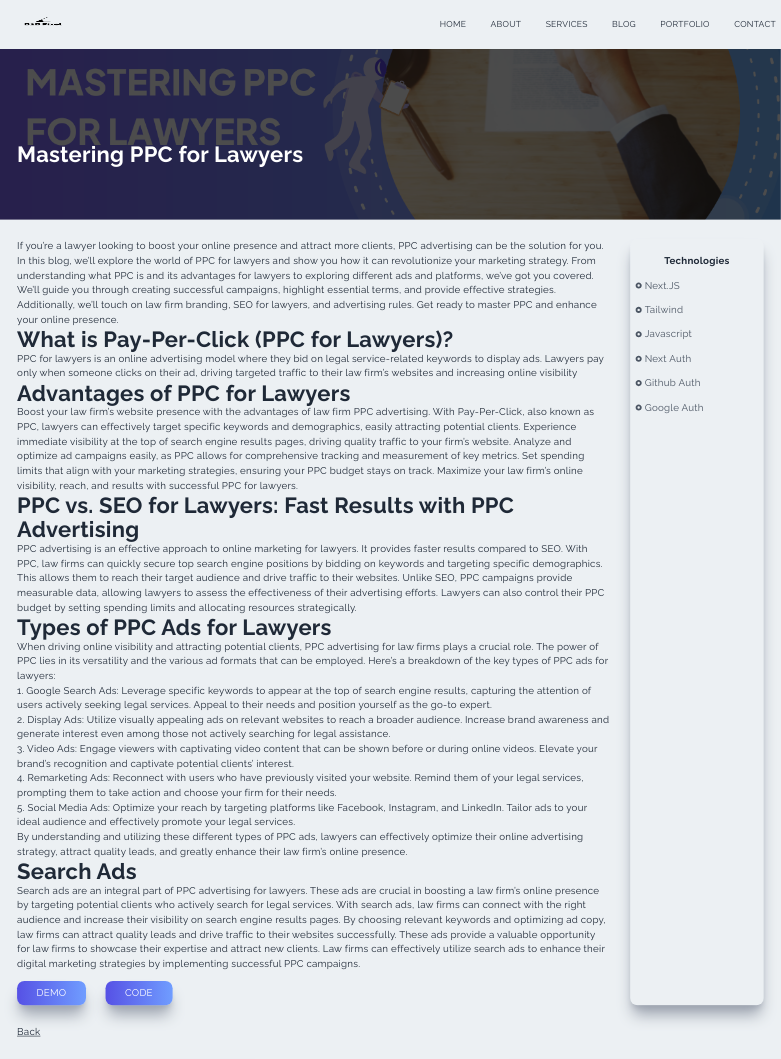
Repository: DID0101/nextjs.b2b
Page: /twitch
The author's editor kept a copy of each file at every save. The page is drawn from the files as they stood at one save, then again after the next save.
The browser window is 1280 px wide. The pictures show the whole page, at 61% of full size.
The project was rebuilt for these pictures with package versions that can differ from the ones it lists, and the page was loaded fresh each time. The framework's server and built-in components were replaced by stand-ins that run in the browser. Also part of the build but not shown: next.config.js.

Above is the page before, as saved 2024-01-22 04:18:18.

After the next save:
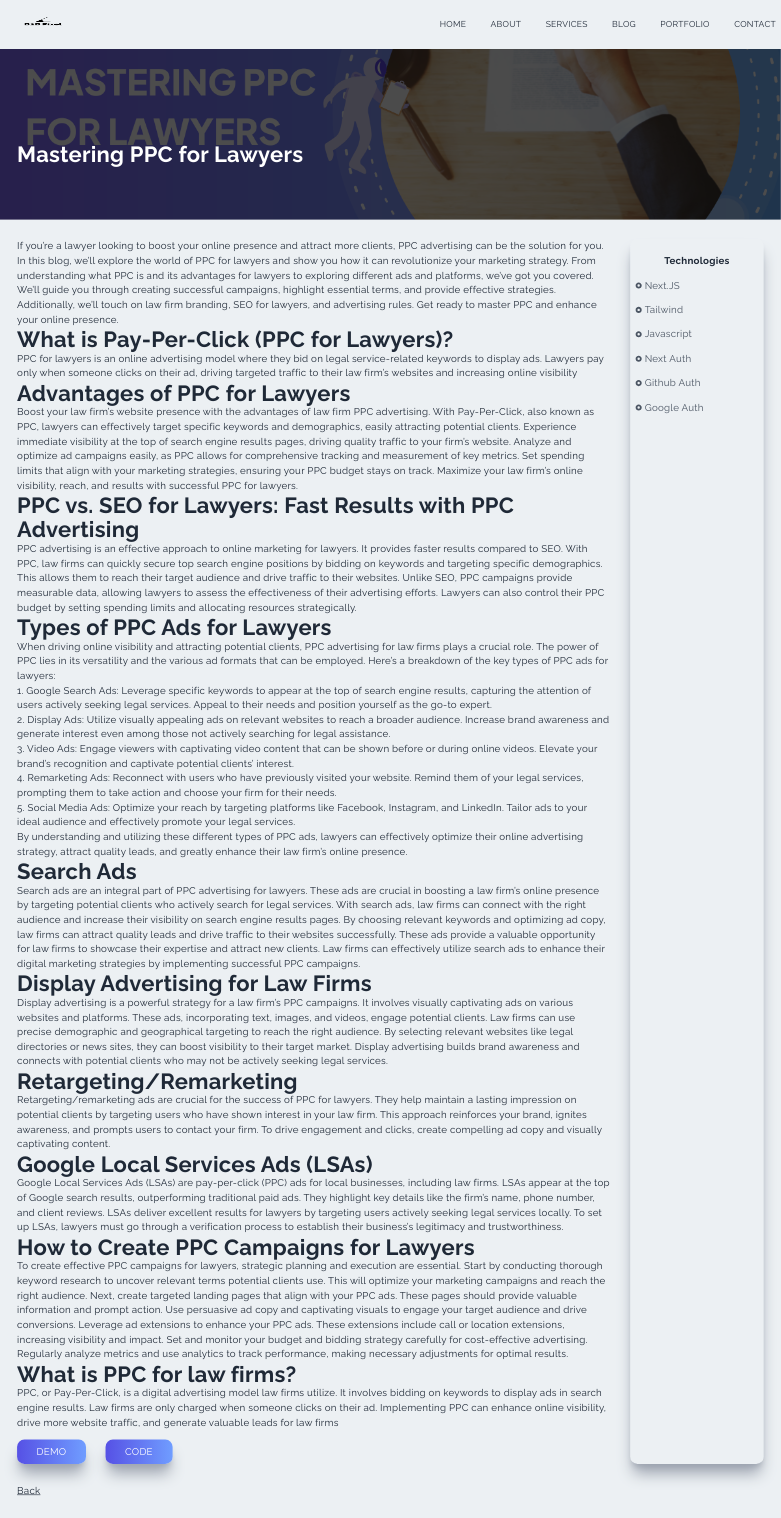
Saved 2 min 35 s later.
--- a/pages/twitch.jsx
+++ b/pages/twitch.jsx
@@ -53,7 +53,16 @@
             <p>By understanding and utilizing these different types of PPC ads, lawyers can effectively optimize their online advertising strategy, attract quality leads, and greatly enhance their law firm’s online presence.</p>
             <h2>Search Ads</h2>
             <p>Search ads are an integral part of PPC advertising for lawyers. These ads are crucial in boosting a law firm’s online presence by targeting potential clients who actively search for legal services. With search ads, law firms can connect with the right audience and increase their visibility on search engine results pages. By choosing relevant keywords and optimizing ad copy, law firms can attract quality leads and drive traffic to their websites successfully. These ads provide a valuable opportunity for law firms to showcase their expertise and attract new clients. Law firms can effectively utilize search ads to enhance their digital marketing strategies by implementing successful PPC campaigns.</p>
-
+            <h2>Display Advertising for Law Firms</h2>
+            <p>Display advertising is a powerful strategy for a law firm’s PPC campaigns. It involves visually captivating ads on various websites and platforms. These ads, incorporating text, images, and videos, engage potential clients. Law firms can use precise demographic and geographical targeting to reach the right audience. By selecting relevant websites like legal directories or news sites, they can boost visibility to their target market. Display advertising builds brand awareness and connects with potential clients who may not be actively seeking legal services.</p>
+            <h2>Retargeting/Remarketing</h2>
+            <p>Retargeting/remarketing ads are crucial for the success of PPC for lawyers. They help maintain a lasting impression on potential clients by targeting users who have shown interest in your law firm. This approach reinforces your brand, ignites awareness, and prompts users to contact your firm. To drive engagement and clicks, create compelling ad copy and visually captivating content.</p>
+            <h2>Google Local Services Ads (LSAs)</h2>
+            <p>Google Local Services Ads (LSAs) are pay-per-click (PPC) ads for local businesses, including law firms. LSAs appear at the top of Google search results, outperforming traditional paid ads. They highlight key details like the firm’s name, phone number, and client reviews. LSAs deliver excellent results for lawyers by targeting users actively seeking legal services locally. To set up LSAs, lawyers must go through a verification process to establish their business’s legitimacy and trustworthiness.</p>
+            <h2>How to Create PPC Campaigns for Lawyers</h2>
+            <p>To create effective PPC campaigns for lawyers, strategic planning and execution are essential. Start by conducting thorough keyword research to uncover relevant terms potential clients use. This will optimize your marketing campaigns and reach the right audience. Next, create targeted landing pages that align with your PPC ads. These pages should provide valuable information and prompt action. Use persuasive ad copy and captivating visuals to engage your target audience and drive conversions. Leverage ad extensions to enhance your PPC ads. These extensions include call or location extensions, increasing visibility and impact. Set and monitor your budget and bidding strategy carefully for cost-effective advertising. Regularly analyze metrics and use analytics to track performance, making necessary adjustments for optimal results.</p>
+            <h2>What is PPC for law firms?</h2>
+            <p>PPC, or Pay-Per-Click, is a digital advertising model law firms utilize. It involves bidding on keywords to display ads in search engine results. Law firms are only charged when someone clicks on their ad. Implementing PPC can enhance online visibility, drive more website traffic, and generate valuable leads for law firms</p>
 
           <a
             href='https://twitch-nextjs-tailwind.vercel.app/'
